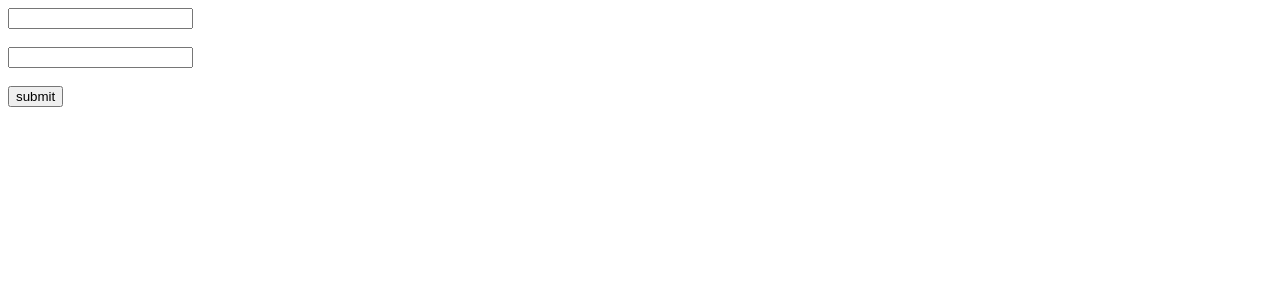
Repository: Altafalinadaf/SimpleProjects
Page: servletDemo6/src/main/webapp/index.html
These files come from the project's save history. The page is drawn as it stood at one moment and after the next save; the edit follows.
The browser window is 1280 px wide. The pictures show the whole page.

Above is the page before, as saved 2023-10-31 05:07:50.

After the next save:
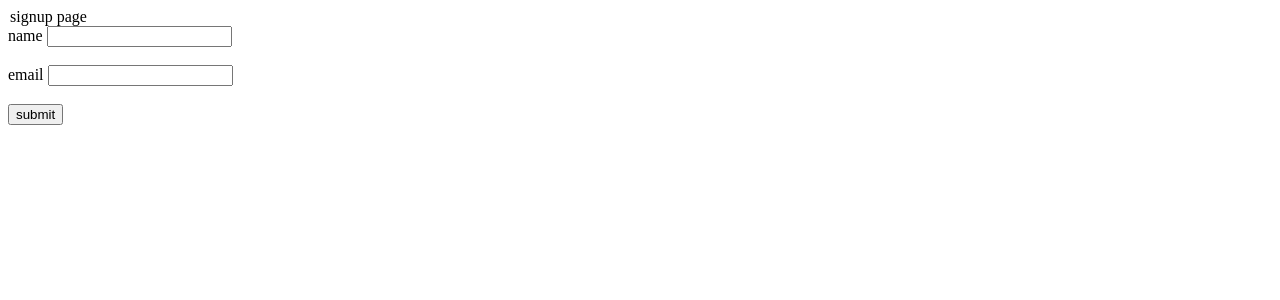
Saved 3 min 48 s later.
--- a/servletDemo6/src/main/webapp/index.html
+++ b/servletDemo6/src/main/webapp/index.html
@@ -9,7 +9,10 @@
 <body>
 
 	<form action="myForm" method="post">
+		<legend> signup page </legend>
+		<label for="user name">name</label>
 		<input type="text" name="name" /> <br /> <br />
+		<label for="email id">email</label>
 		<input type="text" name="email" /> <br /> <br />
 		<button>submit</button>
 
